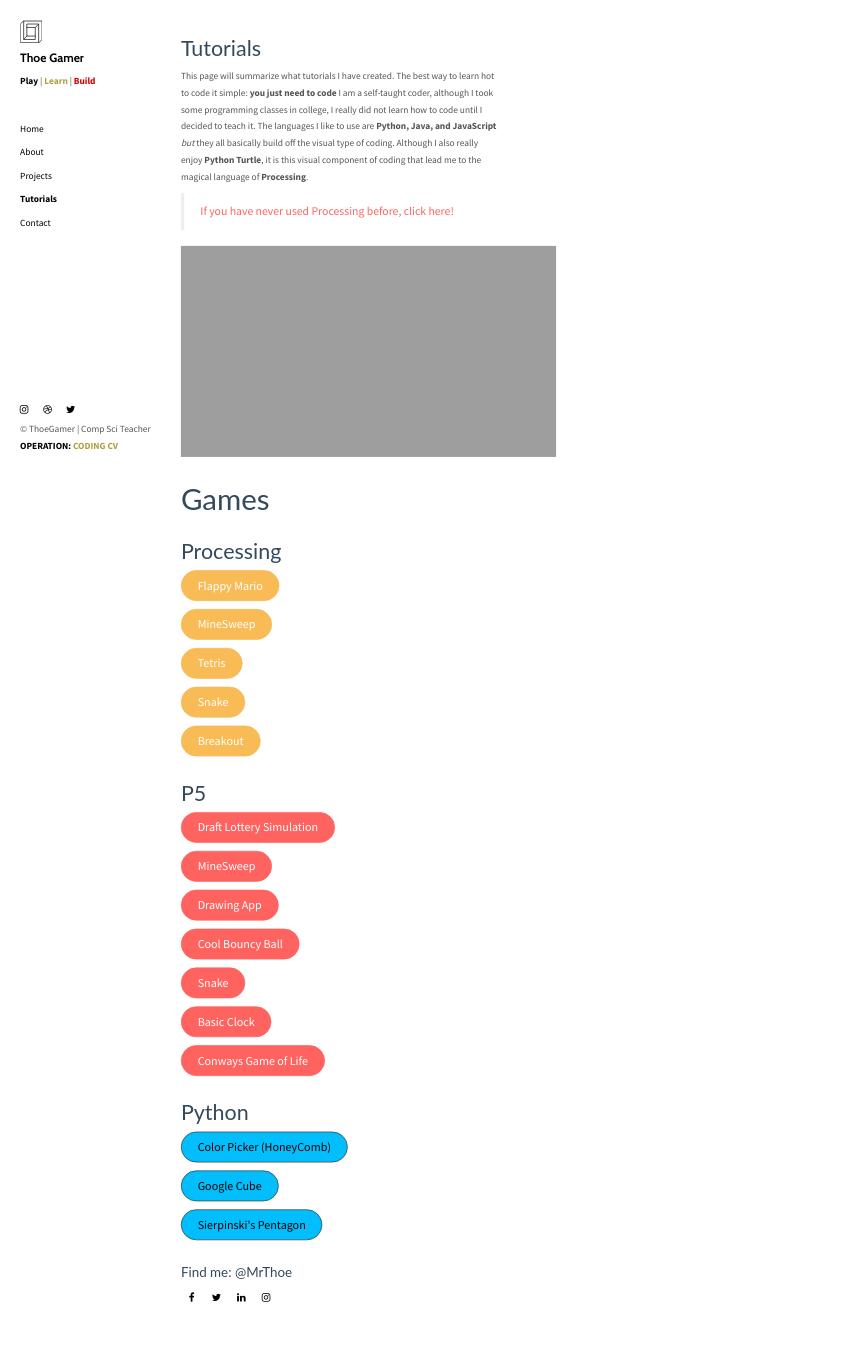
Repository: GamerThoe/GamerThoe.github.io
Page: components.html
The author's editor kept a record of every edit. The page is drawn from the files as they stood at one moment, then again after the next edit.
The browser window is 1280 px wide. The pictures show the whole page, at 67% of full size.
Pictures or frames that could not be fetched are drawn as grey boxes.

Above is the page before.

After the next edit:
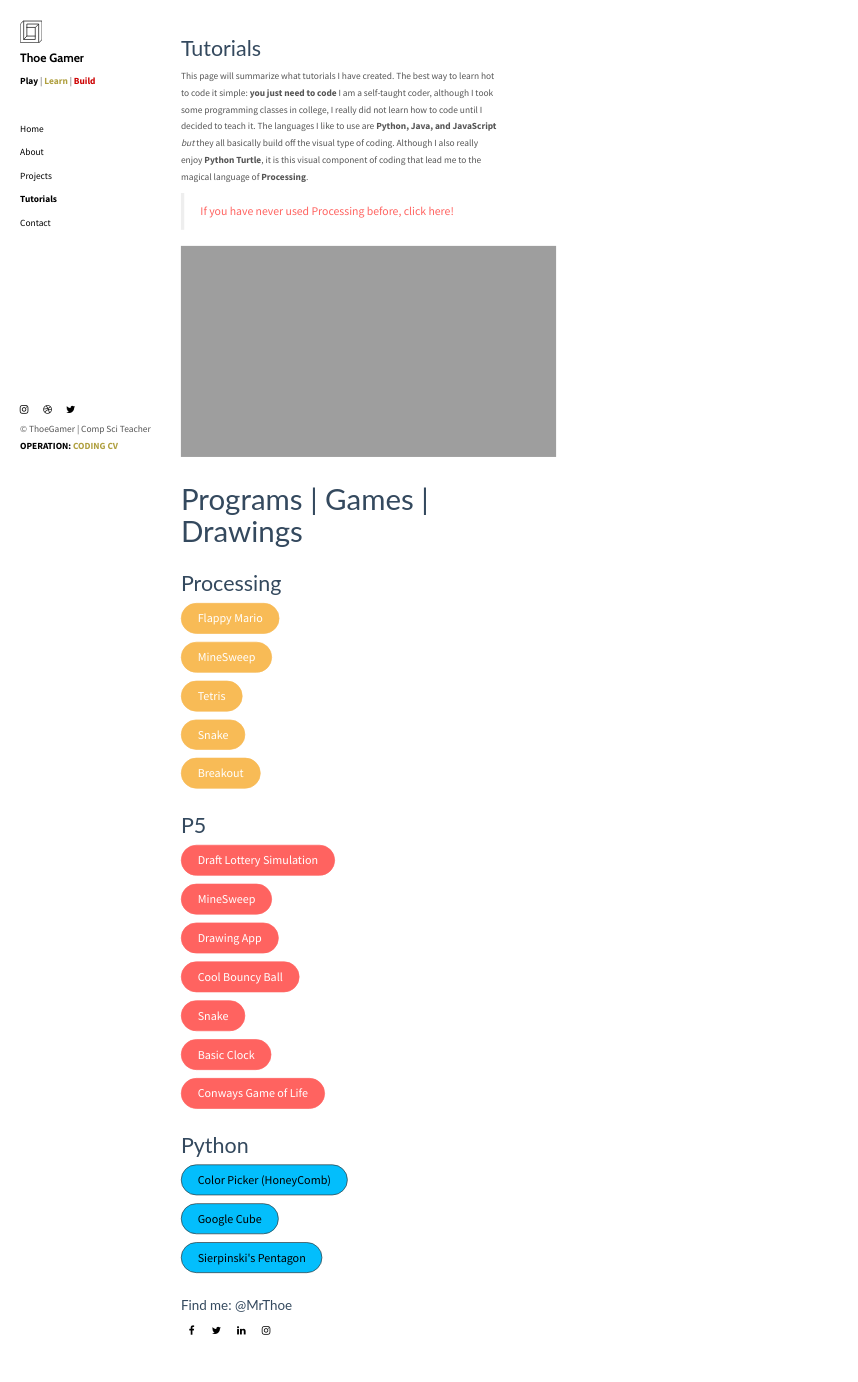
The edit:
--- a/components.html
+++ b/components.html
@@ -93,7 +93,7 @@
         </div>
 
         <div class="template-example">
-          <h1 class="template-title-example">Games</h1>
+          <h1 class="template-title-example">Programs | Games | Drawings </h1>
           <div class="row">
             <div class="col-md-6">
               <h2 class="template-title-example">Processing</h2>
